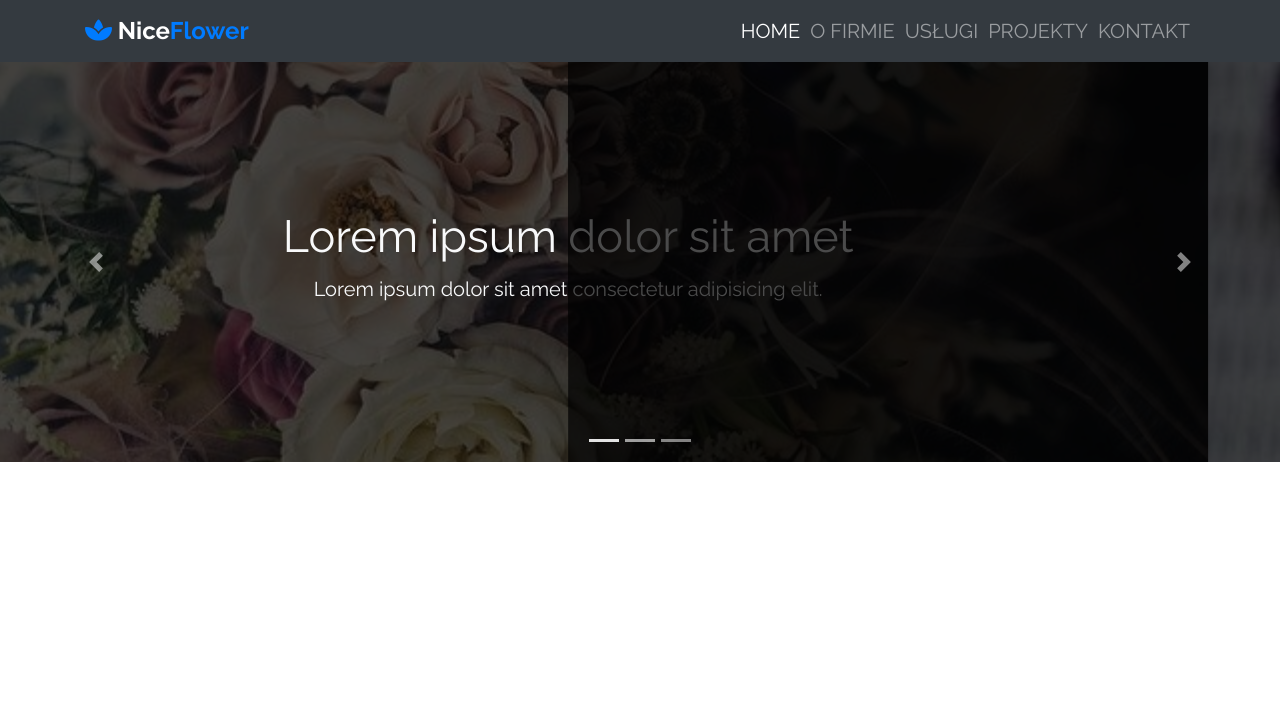
Repository: KrzysKolo/Projekt-13_Kwiaciarnia
Page: index.html
These files come from the project's save history. The page is drawn as it stood at one moment and after the next save; the edit follows.
The browser window is 1280 px wide. The pictures show the whole page.
Some web libraries are served in a nearby version.

Above is the page before, as saved 2020-08-08 08:07:45.

### index.html
<!DOCTYPE html>
<html lang="pl">
  <head>
    <meta charset="UTF-8" />
    <meta name="viewport" content="width=device-width, initial-scale=1.0" />
    <title>Nice-Flower</title>
    <script
      src="https://kit.fontawesome.com/21efeaf281.js"
      crossorigin="anonymous"
    ></script>

    <link
      rel="stylesheet"
      href="https://stackpath.bootstrapcdn.com/bootstrap/4.5.0/css/bootstrap.min.css"
      integrity="sha384-9aIt2nRpC12Uk9gS9baDl411NQApFmC26EwAOH8WgZl5MYYxFfc+NcPb1dKGj7Sk"
      crossorigin="anonymous"
    />
    <link
      href="https://fonts.googleapis.com/css2?family=Raleway:wght@400;700&display=swap"
      rel="stylesheet"
    />
    <link rel="stylesheet" href="style.css" />
  </head>
  <body>
    <nav class="navbar navbar-expand-lg navbar-dark bg-dark py-3">
      <div class="container">
        <a class="navbar-brand" href="#"
          ><i class="fas fa-spa text-primary"></i> Nice<span
            class="text-primary"
            >Flower</span
          ></a
        >
        <button
          class="navbar-toggler border-0"
          type="button"
          data-toggle="collapse"
          data-target="#navbarNavAltMarkup"
          aria-controls="navbarNavAltMarkup"
          aria-expanded="false"
          aria-label="Toggle navigation"
        >
          <i class="fas fa-bars px-4"></i>
        </button>
        <div class="collapse navbar-collapse" id="navbarNavAltMarkup">
          <div class="navbar-nav ml-auto">
            <a class="nav-link active" href="#"
              >Home <span class="sr-only">(current)</span></a
            >
            <a class="nav-link" href="abouteus.html">O firmie</a>
            <a class="nav-link" href="services.html">Usługi</a>
            <a class="nav-link" href="projects.html">Projekty</a>
            <a class="nav-link" href="contact.html">Kontakt</a>
          </div>
        </div>
      </div>
    </nav>

    <!-- HEADER -->
    <header>
      <div
        id="carouselExampleCaptions"
        class="carousel slide"
        data-ride="carousel"
      >
        <ol class="carousel-indicators">
          <li
            data-target="#carouselExampleCaptions"
            data-slide-to="0"
            class="active"
          ></li>
          <li data-target="#carouselExampleCaptions" data-slide-to="1"></li>
          <li data-target="#carouselExampleCaptions" data-slide-to="2"></li>
        </ol>
        <div class="carousel-inner text-dark text-center">
          <div class="carousel-item carousel-img-one active">
            <div
              class="carousel-text h-100 p-5 d-flex flex-column justyfy-content-end justify-content-md-center align-items-center"
            >
              <div class="hero-shadow"></div>
              <p class="display-3 text-light">Lorem ipsum dolor sit amet</p>
              <p class="d-none d-sm-block text-light">
                Lorem ipsum dolor sit amet consectetur adipisicing elit.
              </p>
            </div>
          </div>
          <div class="carousel-item carousel-img-two">
            <div
              class="carousel-text h-100 p-5 d-flex flex-column justyfy-content-end justify-content-md-center align-items-center"
            >
              <div class="hero-shadow"></div>
              <p class="display-3 text-light">Lorem ipsum dolor sit amet</p>
              <p class="d-none d-sm-block text-light">
                Lorem ipsum dolor sit amet consectetur adipisicing elit.
              </p>
            </div>
          </div>
          <div class="carousel-item carousel-img-three">
            <div
              class="carousel-text h-100 p-5 d-flex flex-column justyfy-content-end justify-content-md-center align-items-center"
            >
              <div class="hero-shadow"></div>
              <p class="display-3 text-light">Lorem ipsum dolor sit amet</p>
              <p class="d-none d-sm-block text-light">
                Lorem ipsum dolor sit amet consectetur adipisicing elit.
              </p>
            </div>
          </div>
        </div>
        <a
          class="carousel-control-prev"
          href="#carouselExampleCaptions"
          role="button"
          data-slide="prev"
        >
          <span class="carousel-control-prev-icon" aria-hidden="true"></span>
          <span class="sr-only">Previous</span>
        </a>
        <a
          class="carousel-control-next"
          href="#carouselExampleCaptions"
          role="button"
          data-slide="next"
        >
          <span class="carousel-control-next-icon" aria-hidden="true"></span>
          <span class="sr-only">Next</span>
        </a>
      </div>
    </header>

    <!-- MAIN -->
    <main>
      <section class="home-boxes">
        <div class="container text-center">
          <div class="row">
            <div class="com-md-4 home-box mb-5 mb-md-0"></div>
          </div>
        </div>
      </section>
    </main>
    <script
      src="https://code.jquery.com/jquery-3.5.1.slim.min.js"
      integrity="sha384-DfXdz2htPH0lsSSs5nCTpuj/zy4C+OGpamoFVy38MVBnE+IbbVYUew+OrCXaRkfj"
      crossorigin="anonymous"
    ></script>
    <script
      src="https://cdn.jsdelivr.net/npm/popper.js@1.16.0/dist/umd/popper.min.js"
      integrity="sha384-Q6E9RHvbIyZFJoft+2mJbHaEWldlvI9IOYy5n3zV9zzTtmI3UksdQRVvoxMfooAo"
      crossorigin="anonymous"
    ></script>
    <script
      src="https://stackpath.bootstrapcdn.com/bootstrap/4.5.0/js/bootstrap.min.js"
      integrity="sha384-OgVRvuATP1z7JjHLkuOU7Xw704+h835Lr+6QL9UvYjZE3Ipu6Tp75j7Bh/kR0JKI"
      crossorigin="anonymous"
    ></script>
  </body>
</html>

### style.css
* {
  box-sizing: border-box;
  margin: 0;
  padding: 0;
}
html {
  font-size: 62.5%;
}
body {
  font-family: "Raleway", sans-serif;
  font-size: 1.6rem;
}
.hero-shadow {
  position: absolute;
  top: 0;
  width: 200%;
  height: 100%;
  background-color: rgba(0, 0, 0, 0.7);
  z-index: -1;
}
/* ----------- */
/*  nawigacja  */
/* ----------- */
nav {
  font-size: 2rem;
  text-transform: uppercase;
}
.navbar-toggler {
  font-size: 3rem;
}
.navbar-brand {
  font-size: 2.4rem;
  font-weight: bold;
  text-transform: none;
}
/* ----------- */
/*    header   */
/* ----------- */
header {
  font-size: 2rem;
}
.carousel-item {
  position: relative;
  height: 400px;
  background-position: center;
  background-size: cover;
  z-index: 0;
}
.carousel-img-one {
  background-image: url("./img/b1m.jpg");
}
.carousel-img-two {
  background-image: url("./img/b2m.jpg");
}
.carousel-img-three {
  background-image: url("./img/b4m.jpg");
}
@media (min-width: 1400px) {
  .carousel-item {
    height: 600px;
  }
  .carousel-img-one {
    background-image: url("./img/b1.jpg");
  }
  .carousel-img-two {
    background-image: url("./img/b2.jpg");
  }
  .carousel-img-three {
    background-image: url("./img/b4.jpg");
  }
}

After the next save:
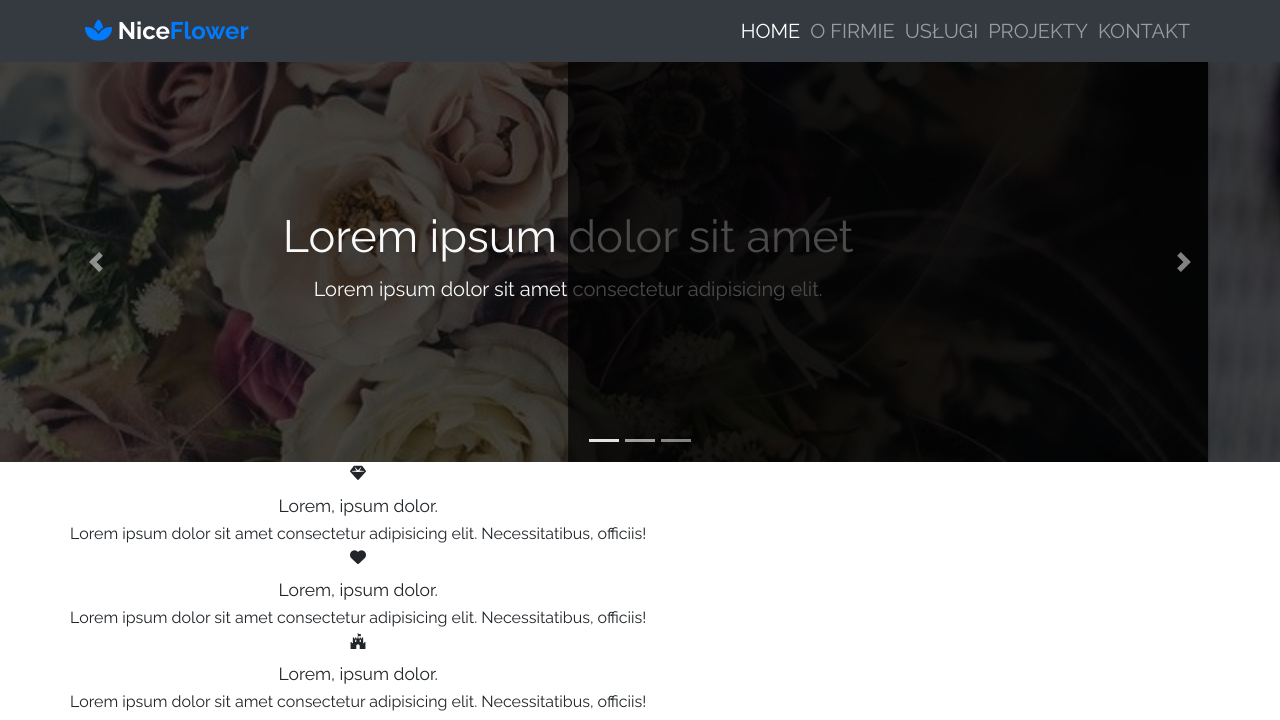
Saved 14 min 38 s later.
--- a/index.html
+++ b/index.html
@@ -132,7 +132,30 @@
       <section class="home-boxes">
         <div class="container text-center">
           <div class="row">
-            <div class="com-md-4 home-box mb-5 mb-md-0"></div>
+            <div class="com-md-4 home-box mb-5 mb-md-0">
+              <i class="fas fa-gem mb-4"></i>
+              <h3>Lorem, ipsum dolor.</h3>
+              <p class="m-0">
+                Lorem ipsum dolor sit amet consectetur adipisicing elit.
+                Necessitatibus, officiis!
+              </p>
+            </div>
+            <div class="com-md-4 home-box mb-5 mb-md-0">
+              <i class="fas fa-heart mb-4"></i>
+              <h3>Lorem, ipsum dolor.</h3>
+              <p class="m-0">
+                Lorem ipsum dolor sit amet consectetur adipisicing elit.
+                Necessitatibus, officiis!
+              </p>
+            </div>
+            <div class="com-md-4 home-box mb-5 mb-md-0">
+              <i class="fab fa-fort-awesome mb-4"></i>
+              <h3>Lorem, ipsum dolor.</h3>
+              <p class="m-0">
+                Lorem ipsum dolor sit amet consectetur adipisicing elit.
+                Necessitatibus, officiis!
+              </p>
+            </div>
           </div>
         </div>
       </section>
